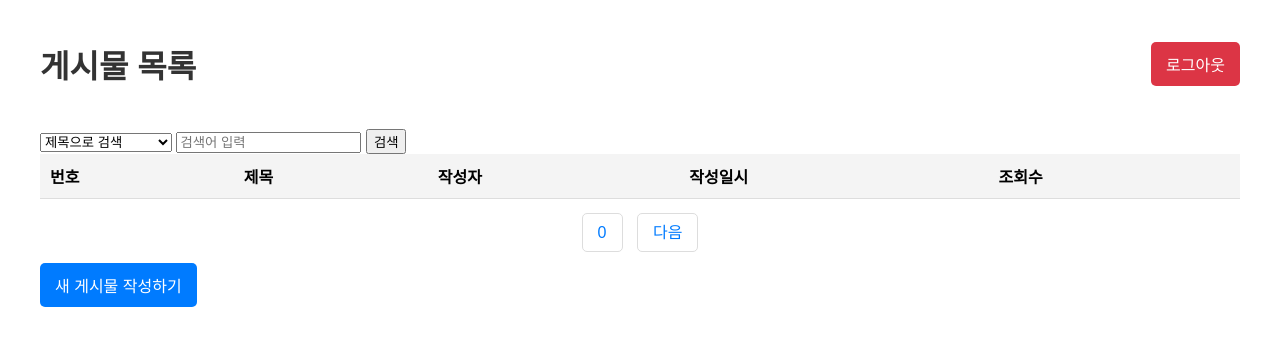
Repository: LHH-commits/SpringBoot_simple_board
Page: http://localhost/lcomputerstudy/WEB-INF/views/list.jsp
The author's editor kept a copy of each file at every save. The page is drawn from the files as they stood at one save, then again after the next save.
The browser window is 1280 px wide. The pictures show the whole page.
The page is served by Tomcat 9. Nobody is signed in. The template is opened directly, without the code that normally fills it, so the values that code supplies are empty.

Above is the page before, as saved 2024-08-28 01:38:30.

After the next save:
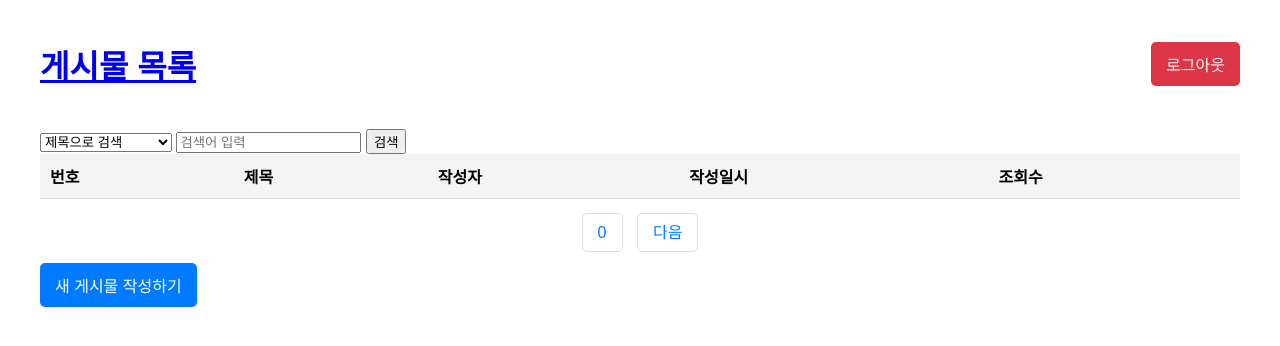
Saved 61 s later.
--- a/lcomputerstudy/src/main/webapp/WEB-INF/views/list.jsp
+++ b/lcomputerstudy/src/main/webapp/WEB-INF/views/list.jsp
@@ -91,7 +91,7 @@
 <body>
     <div class="container">
     	<div class="header">
-    		<h1>게시물 목록</h1>
+    		<h1><a href="/list">게시물 목록</a></h1>
     		<a href="/logout" class="logout-button">로그아웃</a>
     	</div>
 		<form action="/list" method="get">

After the 2 saves that followed:
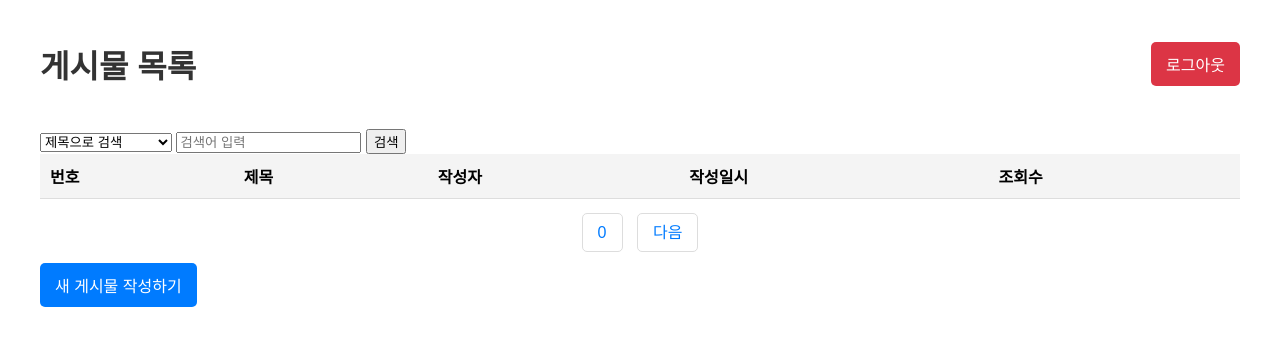
The 2 saves are shown as one change because 1 left the picture as it was.
The last was saved 4 min 7 s later.
--- a/lcomputerstudy/src/main/webapp/WEB-INF/views/list.jsp
+++ b/lcomputerstudy/src/main/webapp/WEB-INF/views/list.jsp
@@ -87,11 +87,18 @@
 	        cursor: not-allowed;
 	    }
     </style>
+    <script>
+        function goToList() {
+            window.location.href = "/list"; // 전체 리스트로 이동
+        }
+    </script>
 </head>
 <body>
     <div class="container">
     	<div class="header">
-    		<h1><a href="/list">게시물 목록</a></h1>
+    		<h1>
+    			<span onclick="goToList()" style="cursor: pointer;">게시물 목록</span>
+    		</h1>
     		<a href="/logout" class="logout-button">로그아웃</a>
     	</div>
 		<form action="/list" method="get">
